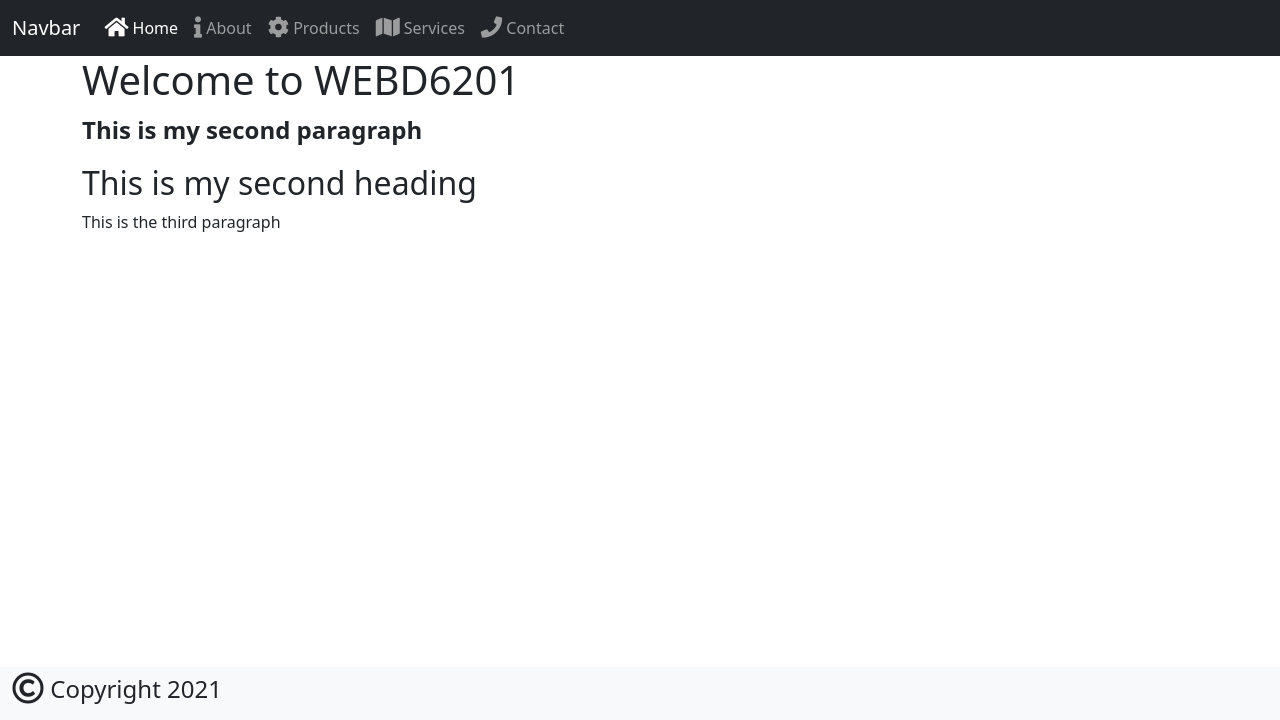
Repository: evanpalmer002/WEBD6201-ICE4
Page: index.html
An editor plug-in stored every save of this project. The page is shown before and after the next save, followed by the edit.
The browser window is 1280 px wide. The pictures show the whole page.

Above is the page before, as saved 2021-01-20 15:55:08.

After the next save:
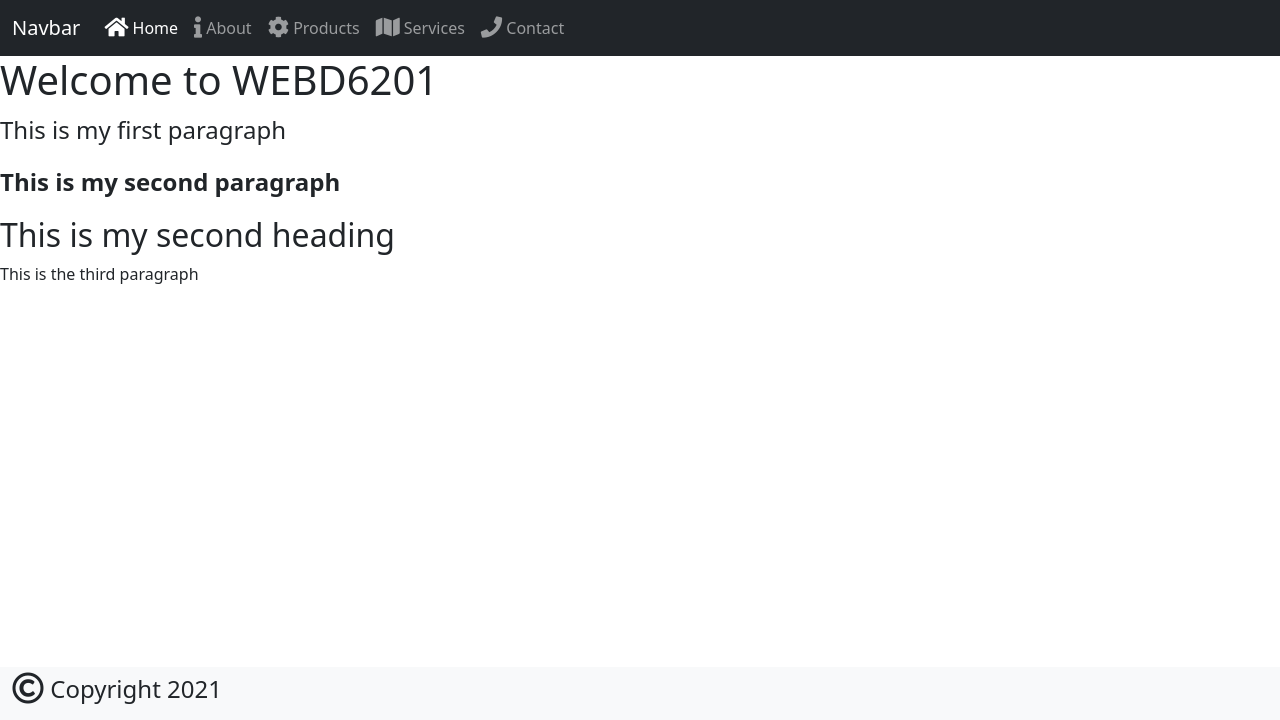
Saved 91 s later.
--- a/Scripts/app.js
+++ b/Scripts/app.js
@@ -38,7 +38,7 @@
 
         //paragraphOne.before(newDivTag);
 
-        mainContent.removeChild(paragraphOne);
+        mainContent.removeAttribute("class");
     }
 
     window.addEventListener("load", Start);
